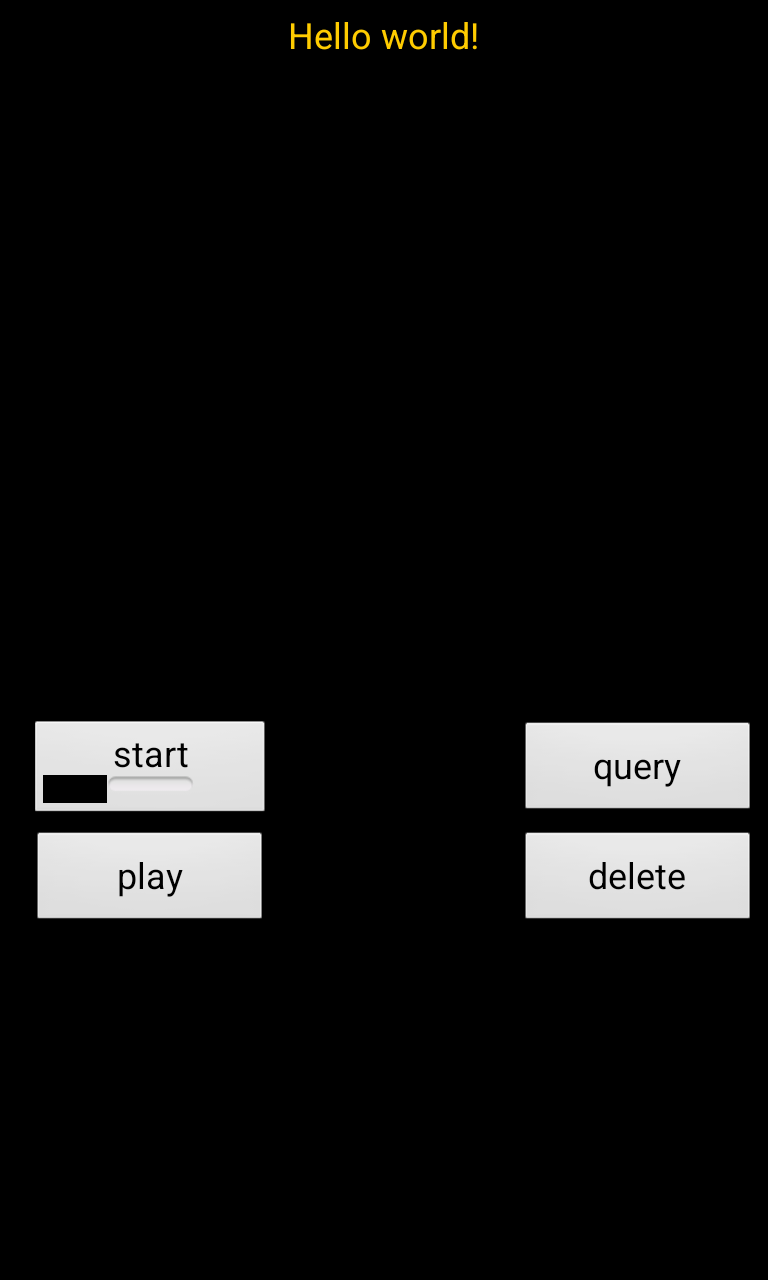
Repository: FreyrChen/tucan_Linux_practice
Layout: 4_Android_program/MusicIdentify/res/layout/activity_main.xml
These files come from the project's save history. The layout is drawn as it stood at one moment and after the next save; the edit follows.
It is drawn on a 768 x 1280 px phone screen (xhdpi) without system bars, with theme AppTheme; the app's code is not run.

Above is the layout before, as saved 2013-05-30 09:03:43.

### 4_Android_program/MusicIdentify/res/layout/activity_main.xml
<RelativeLayout xmlns:android="http://schemas.android.com/apk/res/android"
    xmlns:tools="http://schemas.android.com/tools"
    android:layout_width="match_parent"
    android:layout_height="match_parent"
    android:padding="10px"
    android:background="#000000"
    tools:context=".MainActivity" >

    <TextView
        android:id="@+id/info_text"
        android:layout_width="wrap_content"
        android:layout_height="350dp"
        android:layout_centerHorizontal="true"
        android:textSize="18sp"
        android:text="@string/hello_world"
        android:background="#00FF0000"
	    android:textColor="#FFCC00"
    />

     <ToggleButton
		android:id="@+id/start_button"
		android:textOn="@string/stop"
		android:textOff="@string/start"
		android:textSize="18sp"
	 	android:layout_width="120dp"
	 	android:layout_height="50dp"
	    android:layout_alignParentLeft="true"
	    android:layout_marginTop="5dp"
	    android:layout_marginLeft="10dp"
	    android:layout_below="@+id/info_text"
 	/>

    <Button
	 	android:id="@+id/query_button"
	 	android:layout_width="120dp"
	 	android:layout_height="50dp"
	 	android:textSize="18sp"
	 	android:text="@string/query"
	    android:layout_marginTop="5dp"
	    android:layout_marginLeft="10dp"
	    android:layout_alignParentRight="true"
	    android:layout_below="@+id/info_text"
 	/>

    <Button
	 	android:id="@+id/play_button"
		android:text="@string/play"
		android:textSize="18sp"
	 	android:layout_width="120dp"
	 	android:layout_height="50dp"
	    android:layout_alignParentLeft="true"
	    android:layout_marginTop="5dp"
	    android:layout_marginLeft="10dp"
	    android:layout_below="@+id/start_button"
 	/>


    <Button
	 	android:id="@+id/delete_button"
	 	android:layout_width="120dp"
	 	android:layout_height="50dp"
	 	android:textSize="18sp"
	 	android:text="@string/delete"
	    android:layout_marginTop="5dp"
	    android:layout_marginLeft="10dp"
	    android:layout_alignParentRight="true"
	    android:layout_below="@+id/query_button"
 	/>





</RelativeLayout>

### 4_Android_program/MusicIdentify/res/values/strings.xml
<?xml version="1.0" encoding="utf-8"?>
<resources>

    <string name="app_name">MusicIdentify</string>
    <string name="hello_world">Hello world!</string>
    <string name="menu_settings">Settings</string>
    <string name="start">start</string>
    <string name="stop">stop</string>
    <string name="play">play</string>
    <string name="query">query</string>
    <string name="delete">delete</string>


</resources>

Loaded but not shown: 4_Android_program/MusicIdentify/res/values/styles.xml (common file)

After the next save:
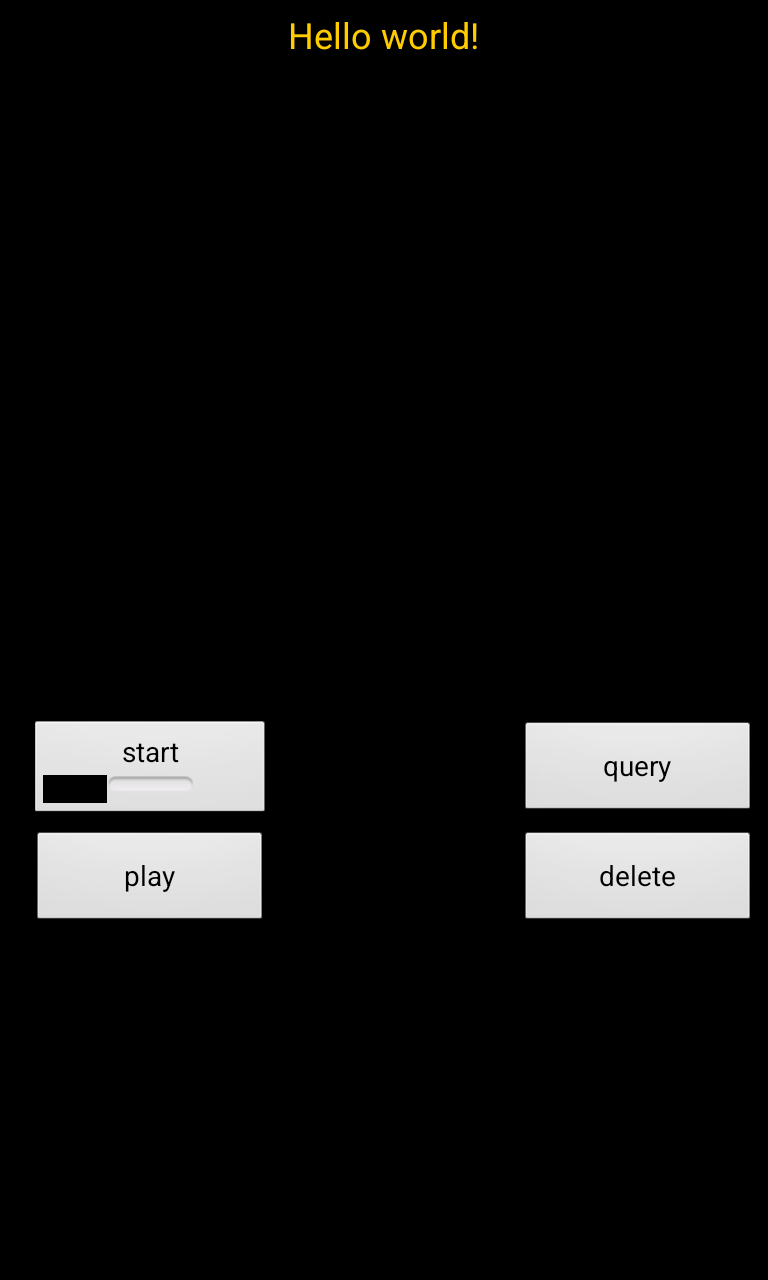
Saved 41 s later.
--- a/4_Android_program/MusicIdentify/res/layout/activity_main.xml
+++ b/4_Android_program/MusicIdentify/res/layout/activity_main.xml
@@ -21,7 +21,6 @@
 		android:id="@+id/start_button"
 		android:textOn="@string/stop"
 		android:textOff="@string/start"
-		android:textSize="18sp"
 	 	android:layout_width="120dp"
 	 	android:layout_height="50dp"
 	    android:layout_alignParentLeft="true"
@@ -34,7 +33,6 @@
 	 	android:id="@+id/query_button"
 	 	android:layout_width="120dp"
 	 	android:layout_height="50dp"
-	 	android:textSize="18sp"
 	 	android:text="@string/query"
 	    android:layout_marginTop="5dp"
 	    android:layout_marginLeft="10dp"
@@ -45,7 +43,6 @@
     <Button
 	 	android:id="@+id/play_button"
 		android:text="@string/play"
-		android:textSize="18sp"
 	 	android:layout_width="120dp"
 	 	android:layout_height="50dp"
 	    android:layout_alignParentLeft="true"
@@ -59,7 +56,6 @@
 	 	android:id="@+id/delete_button"
 	 	android:layout_width="120dp"
 	 	android:layout_height="50dp"
-	 	android:textSize="18sp"
 	 	android:text="@string/delete"
 	    android:layout_marginTop="5dp"
 	    android:layout_marginLeft="10dp"
